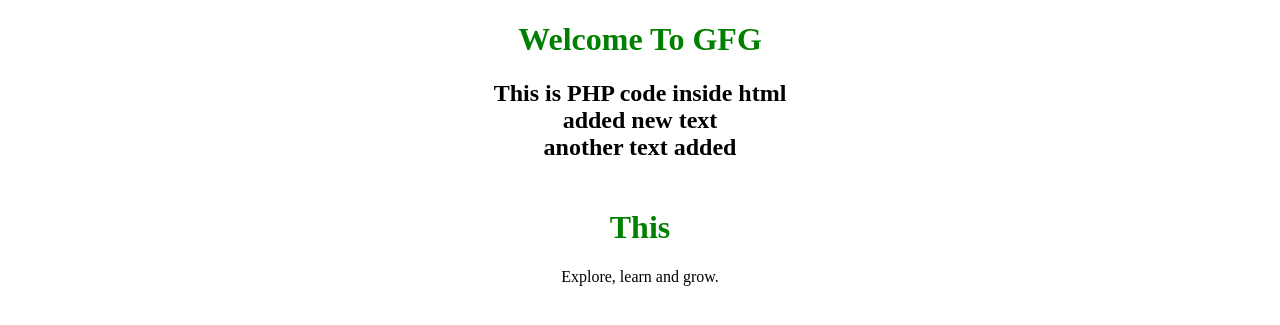
Repository: slevin2002/phpprojectgh
Page: http://localhost/example1.php
The author's editor kept a copy of each file at every save. The page is drawn from the files as they stood at one save, then again after a run of saves.
The browser window is 1280 px wide. The pictures show the whole page.
The page is run by PHP 8.4 with error messages shown; the project is at /var/www/html/.

Above is the page before, as saved 2022-12-14 11:11:27.

After the next 2 saves:
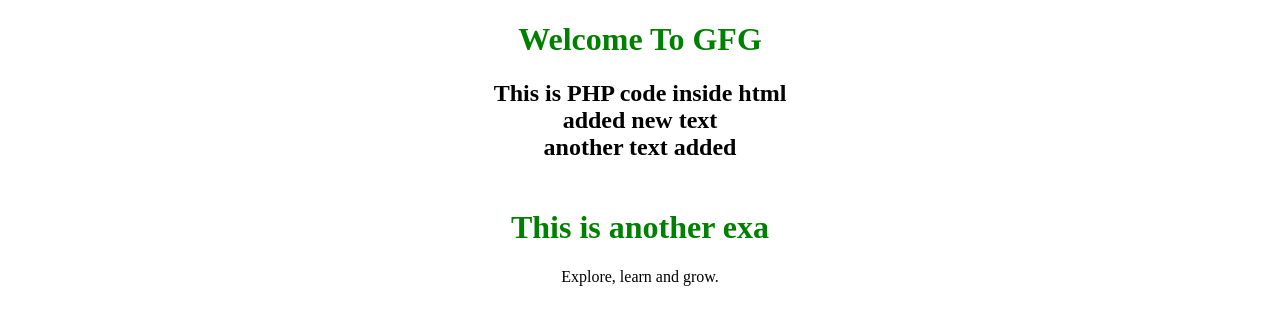
The 2 saves are shown as one change because they came seconds apart.
The last was saved 7 s later.
--- a/example1.php
+++ b/example1.php
@@ -20,7 +20,7 @@
 			echo "another text added";
 			?>
 			    <br><br>
-				<h1>This </h1>
+				<h1>This is another exa</h1>
         <?php
         echo 'Explore, learn and grow.'
         ?>
